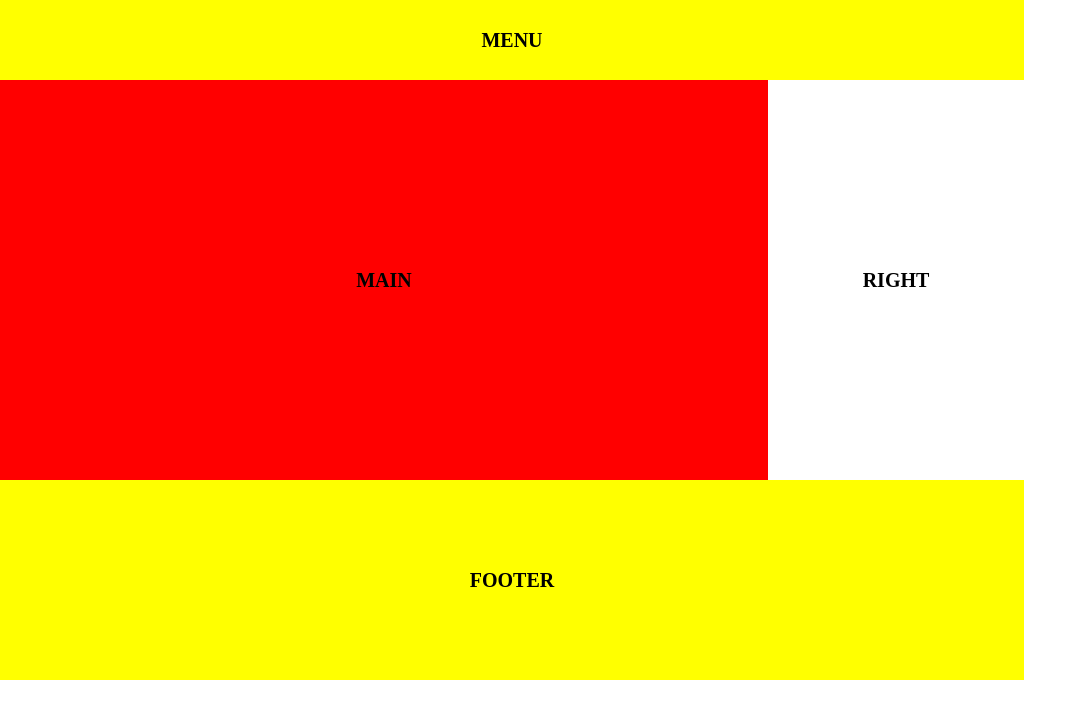
Repository: Nghia19/WEB20022-_00
Page: HTML5_CSS3/bai-1.html
An editor plug-in stored every save of this project. The page is shown before and after the next save, followed by the edit.
The browser window is 1024 px wide. The page is 1024 px wide, then 1091 px, then 1024 px, so the pictures cover 1091 px, including what lies to the right of the window. The pictures show the whole page.

Above is the page before, as saved 2021-06-26 13:46:57.

After the next save:
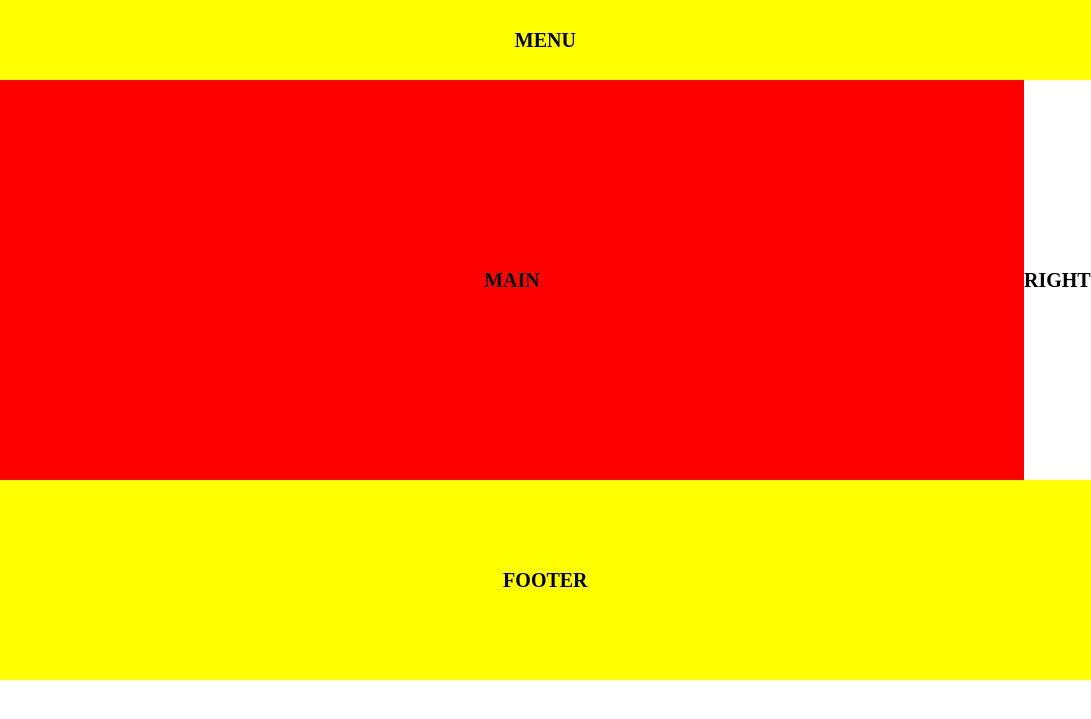
Saved 6 h 34 min later.
--- a/HTML5_CSS3/css/style_1.css
+++ b/HTML5_CSS3/css/style_1.css
@@ -45,7 +45,7 @@
     max-width: 1280px;
     margin: 0 auto;
     display: grid;
-    grid-template-columns: 50% 25%;
+    grid-template-columns: 75% 25%;
     grid-template-rows: 80px 400px 200px;
   }
   header,

After the save that followed:
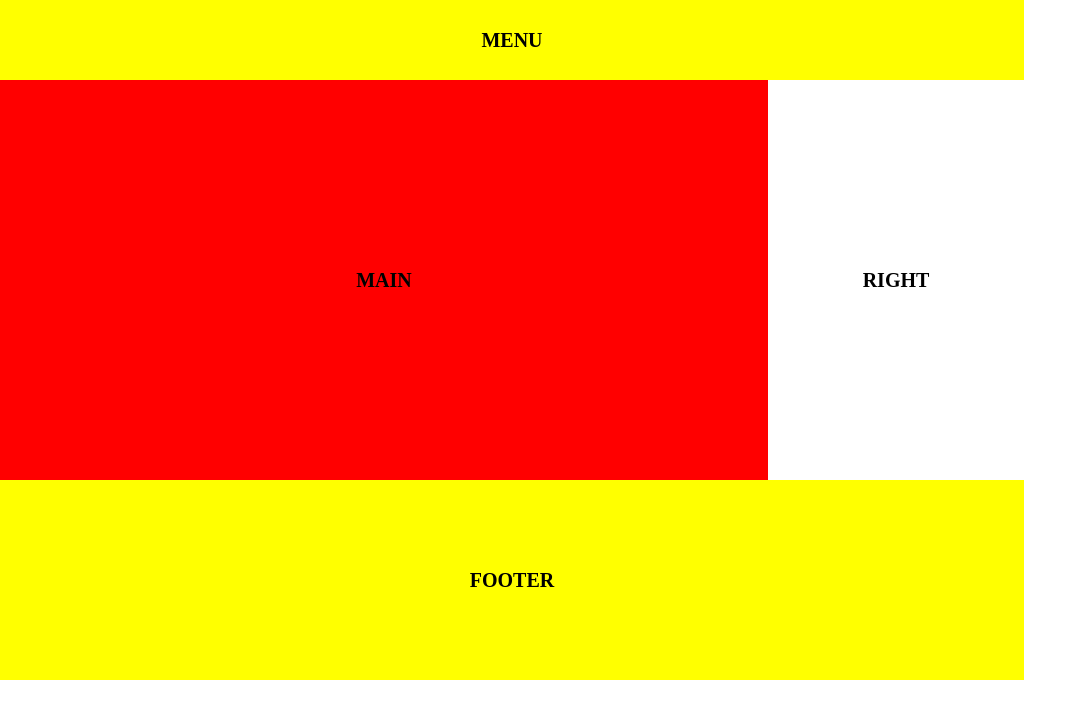
Saved 4 s later.
--- a/HTML5_CSS3/css/style_1.css
+++ b/HTML5_CSS3/css/style_1.css
@@ -52,7 +52,4 @@
   .left {
     display: none;
   }
-  main {
-    grid-column: 1/3;
-  }
 }
